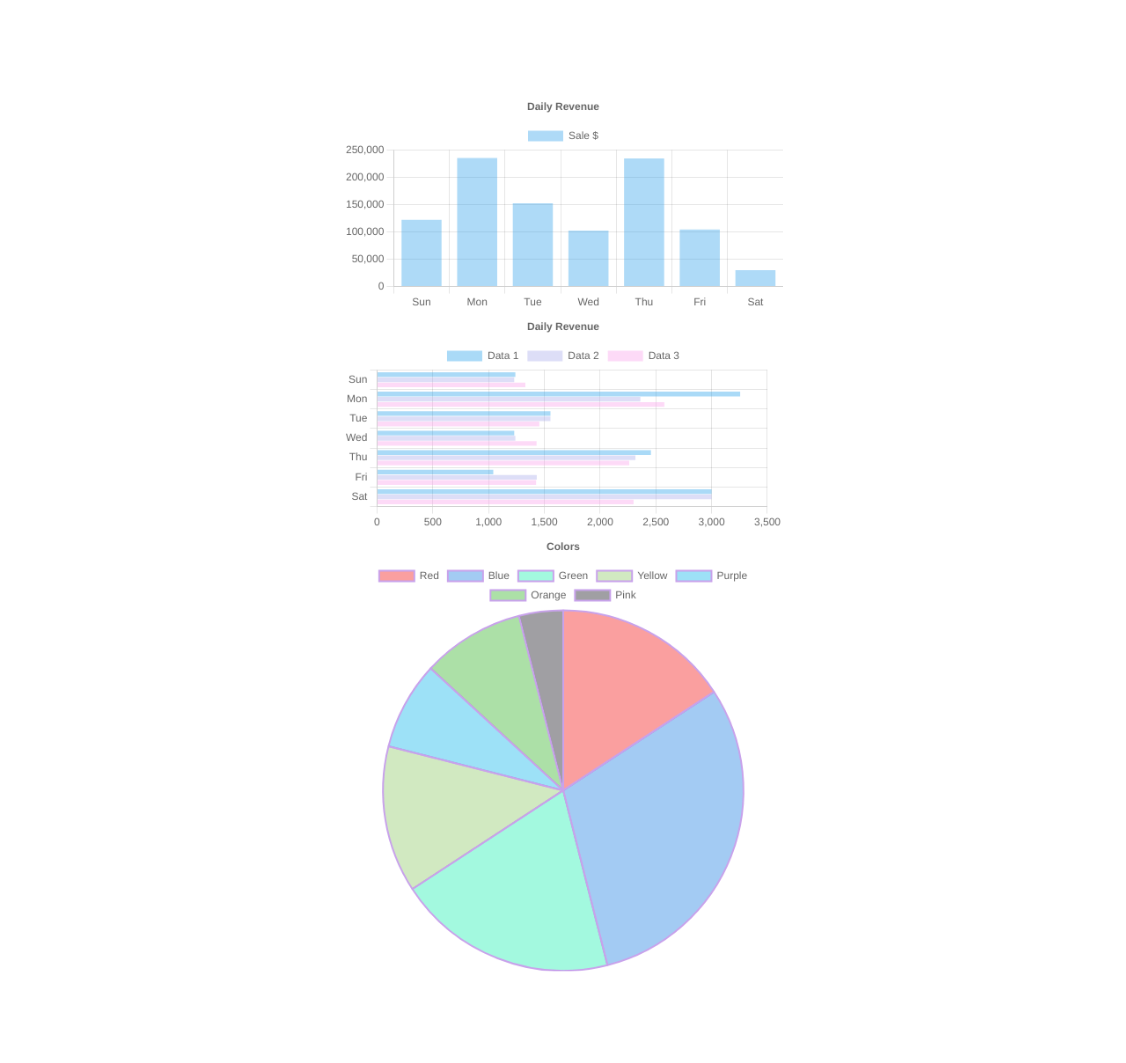
Repository: k8ANStar/exercise-5
Page: /
These files come from the project's save history. The page is drawn as it stood at one moment and after a run of saves; the edit follows.
The browser window is 1280 px wide. The pictures show the whole page, at 88% of full size.
The project was rebuilt for these pictures with package versions that can differ from the ones it lists, and the page was loaded fresh each time. The framework's server and built-in components were replaced by stand-ins that run in the browser. Also part of the build but not shown: next.config.mjs.

Above is the page before, as saved 2024-04-15 10:44:04.

### pages/index.js
import styles from "@/styles/Home.module.css";
import VerticalChart from "@/components/VerticalChart";
import HorizontalChart from "@/components/HorizontalChart";
import PieChart from "@/components/PieChart";

export default function Home() {
	return (
		<>
			<main className={`${styles.main} `}>
				<VerticalChart />

				<HorizontalChart />

				<PieChart />
			</main>
		</>
	);
}

### styles/Home.module.css
.main {
	display: flex;
	flex-direction: column;
	justify-content: space-between;
	align-items: center;
	padding: 6rem;
	min-height: 30vh;
}

### components/VerticalChart/index.js
import styles from "./VerticalChart.module.css";
import { Bar } from "react-chartjs-2";
import {
	Chart as ChartJS,
	CategoryScale,
	LinearScale,
	BarElement,
	Title,
	Tooltip,
	Legend,
} from "chart.js";

import { useEffect, useState } from "react";

ChartJS.register(
	CategoryScale,
	LinearScale,
	BarElement,
	Title,
	Tooltip,
	Legend
);

export default function VerticalChart() {
	const [chartData, setChartData] = useState({
		datasets: [],
	});
	const [chartOptions, setChartOptions] = useState({});

	useEffect(() => {
		setChartData({
			labels: ["Sun", "Mon", "Tue", "Wed", "Thu", "Fri", "Sat"],
			datasets: [
				{
					label: "Sale $",
					data: [122340, 235256, 152455, 102430, 234561, 104326, 30000],
					borderColor: "rgb(53, 162, 235)",
					backgroundColor: "rgb(53, 162, 235, 0.4)",
				},
			],
		});

		setChartOptions({
			plugins: {
				legend: {
					postion: "top",
				},
				title: {
					display: true,
					text: "Daily Revenue",
				},
			},
			maintainAspectRatio: false,
			responsive: true,
		});
	}, []);

	return (
		<div>
			<Bar
				data={chartData}
				options={chartOptions}
				style={{ width: "500px", height: "300px" }}
			/>
		</div>
	);
}

### components/HorizontalChart/index.js
import styles from "./HorizontalChart.module.css";
import { Bar } from "react-chartjs-2";
import {
	Chart as ChartJS,
	CategoryScale,
	LinearScale,
	BarElement,
	Title,
	Tooltip,
	Legend,
} from "chart.js";

import { useEffect, useState } from "react";

ChartJS.register(
	CategoryScale,
	LinearScale,
	BarElement,
	Title,
	Tooltip,
	Legend
);

export default function HorizontalChart() {
	const [chartData, setChartData] = useState({
		datasets: [],
	});
	const [chartOptions, setChartOptions] = useState({});

	useEffect(() => {
		setChartData({
			labels: ["Sun", "Mon", "Tue", "Wed", "Thu", "Fri", "Sat"],
			datasets: [
				{
					label: "Data 1",
					data: [1240, 3256, 1555, 1230, 2456, 1042, 3000],
					borderColor: "rgb(43, 162, 235)",
					backgroundColor: "rgb(43, 162, 235, 0.4)",
				},
				{
					label: "Data 2",
					data: [1230, 2361, 1555, 1240, 2317, 1432, 3000],
					borderColor: "rgb(170, 162, 235)",
					backgroundColor: "rgb(170, 172, 235, 0.4)",
				},
				{
					label: "Data 3",
					data: [1330, 2576, 1455, 1430, 2261, 1426, 2300],
					borderColor: "rgb(250, 162, 235)",
					backgroundColor: "rgb(250, 162, 235, 0.4)",
				},
			],
		});

		setChartOptions({
			indexAxis: "y",
			plugins: {
				legend: {
					postion: "top",
				},
				title: {
					display: true,
					text: "Daily Revenue",
				},
			},
			maintainAspectRatio: true,
			responsive: true,
		});
	}, []);

	return (
		<div>
			<Bar
				data={chartData}
				options={chartOptions}
				style={{ width: "500px", height: "300px" }}
			/>
		</div>
	);
}

### components/PieChart/index.js
import styles from "./PieChart.module.css";
import { Pie } from "react-chartjs-2";
import {
	Chart as ChartJS,
	CategoryScale,
	ArcElement,
	Tooltip,
	Legend,
} from "chart.js";

import { useEffect, useState } from "react";

ChartJS.register(CategoryScale, ArcElement, Tooltip, Legend);

export default function PieChart() {
	const [chartData, setChartData] = useState({
		datasets: [],
	});
	const [chartOptions, setChartOptions] = useState({});

	useEffect(() => {
		setChartData({
			labels: ["Red", "Blue", "Green", "Yellow", "Purple", "Orange", "Pink"],
			datasets: [
				{
					label: "# of Votes",
					data: [12, 23, 15, 10, 6, 7, 3],
					borderColor: "rgb(200, 162, 235)",
					backgroundColor: [
						"rgb(242, 15, 15, 0.4)",
						"rgb(25, 126, 226, 0.4)",
						"rgb(25, 240, 175, 0.4)",
						"rgb(140, 200, 100, 0.4)",
						"rgb(12, 180, 235, 0.4)",
						"rgb(49, 178, 35, 0.4)",
						"rgb(19, 16, 25, 0.4)",
					],
				},
			],
		});

		setChartOptions({
			plugins: {
				legend: {
					postion: "top",
				},
				title: {
					display: true,
					text: "Colors",
				},
			},
			maintainAspectRatio: false,
			responsive: true,
		});
	}, []);

	return (
		<div>
			<Pie
				data={chartData}
				options={chartOptions}
				style={{ width: "500px", height: "300px" }}
			/>
		</div>
	);
}

Loaded but not shown: pages/_app.js (common file); pages/_document.js (common file); styles/globals.css (common file); components/HorizontalChart/HorizontalChart.module.css (no stored copy; drawn as an empty file); components/PieChart/PieChart.module.css (no stored copy; drawn as an empty file); components/VerticalChart/VerticalChart.module.css (no stored copy; drawn as an empty file)

After the next 3 saves:
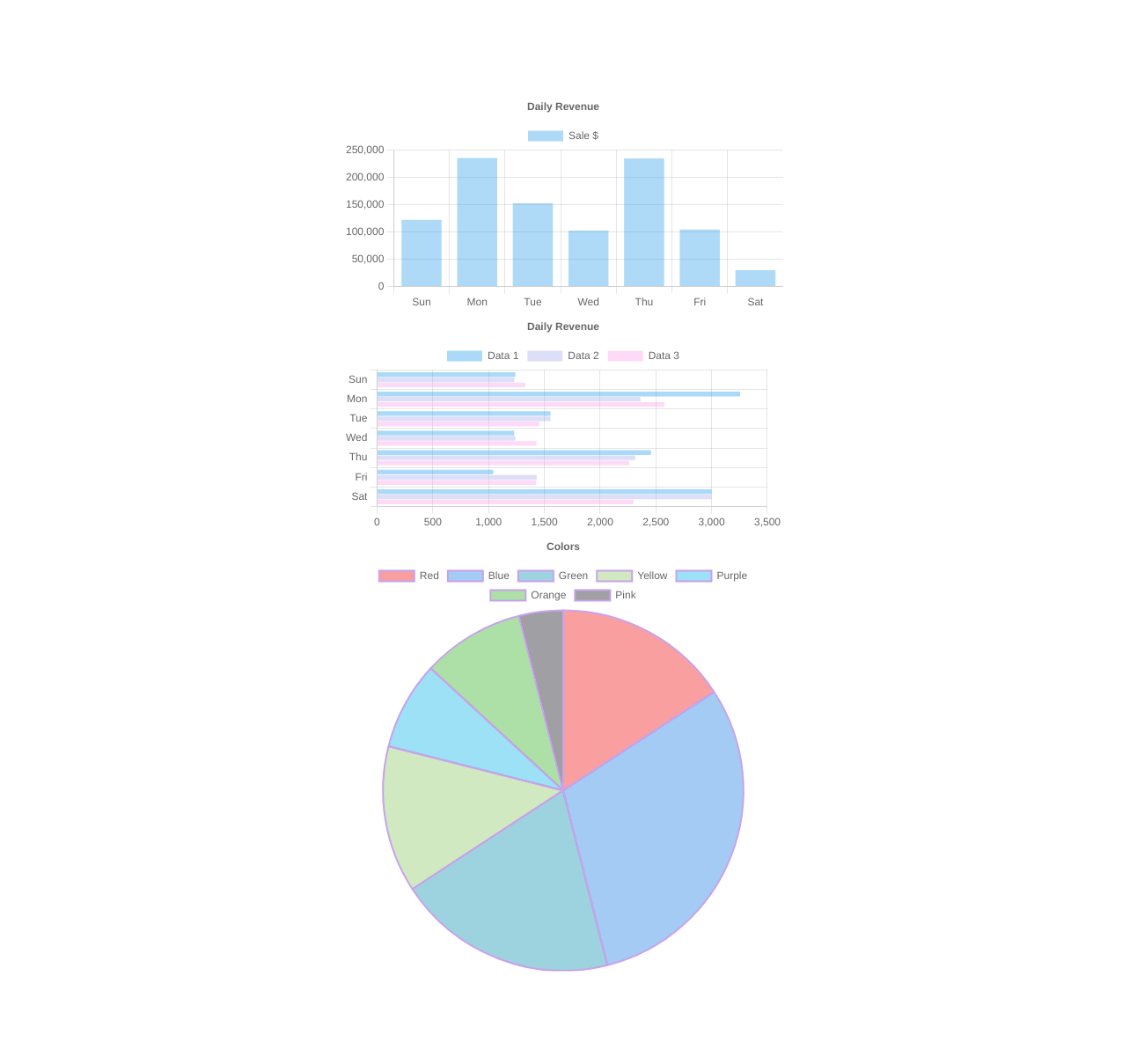
The 3 saves are shown as one change because they came seconds apart.
The last was saved 15 s later.
--- a/components/PieChart/index.js
+++ b/components/PieChart/index.js
@@ -29,7 +29,7 @@ export default function PieChart() {
 					backgroundColor: [
 						"rgb(242, 15, 15, 0.4)",
 						"rgb(25, 126, 226, 0.4)",
-						"rgb(25, 240, 175, 0.4)",
+						"rgb(11, 146, 175, 0.4)",
 						"rgb(140, 200, 100, 0.4)",
 						"rgb(12, 180, 235, 0.4)",
 						"rgb(49, 178, 35, 0.4)",
